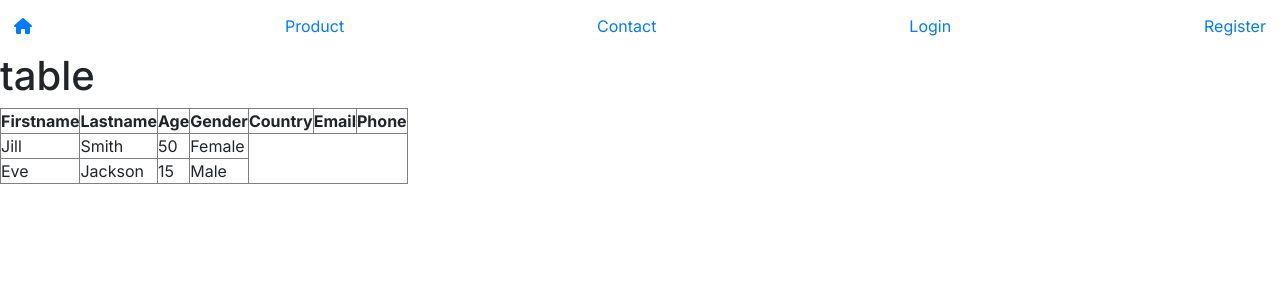
Repository: bao2222/hoc-lam-web
Page: About-me.html
These files come from the project's save history. The page is drawn as it stood at one moment and after the next save; the edit follows.
The browser window is 1280 px wide. The pictures show the whole page.
Some web fonts or font styles are not loaded; a fallback is used.

Above is the page before, as saved 2025-01-23 18:09:57.

After the next save:
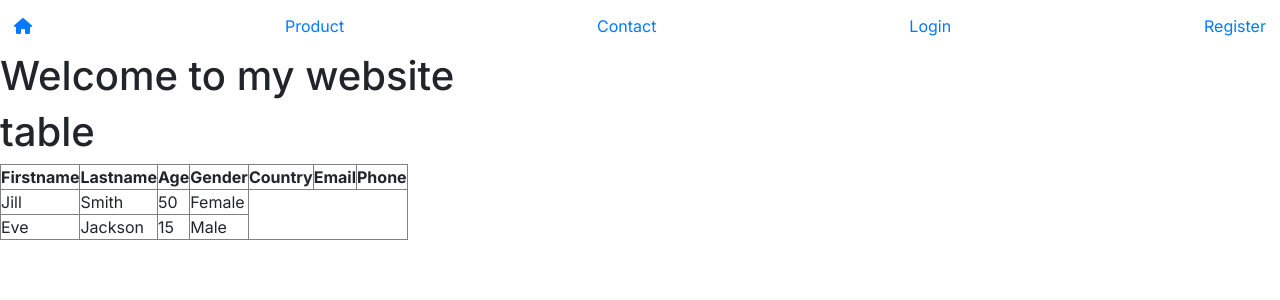
Saved 83 min 11 s later.
--- a/About-me.html
+++ b/About-me.html
@@ -40,6 +40,7 @@
 
         </header>
         <main>
+            <h1>Welcome to my website</h1>
             <h1>table</h1>
             <table style="width:100%, height:100%" border>
                 <tr>
